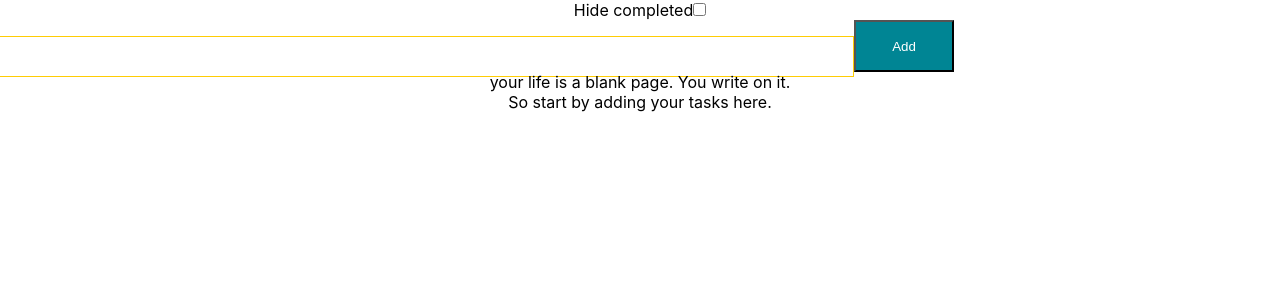
Repository: ArusyakAghajanyan/ToDoMamble
Page: /
An editor plug-in stored every save of this project. The page is shown before and after the next save, followed by the edit.
The browser window is 1280 px wide. The pictures show the whole page.
The project was rebuilt for these pictures with package versions that can differ from the ones it lists, and the page was loaded fresh each time. Also part of the build but not shown: src/components/ToDoItem.jsx, src/components/confirm.css, src/components/Confirm.jsx.

Above is the page before, as saved 2022-05-23 12:34:51.

After the next save:
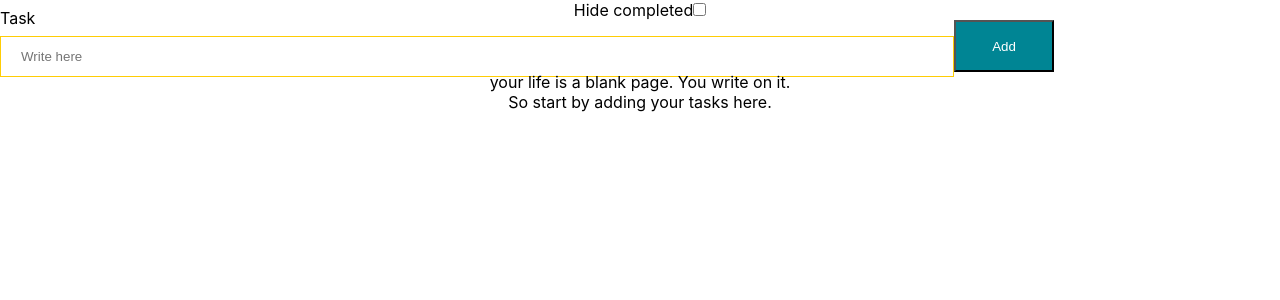
Saved 47 s later.
--- a/src/components/addItem.css
+++ b/src/components/addItem.css
@@ -12,7 +12,7 @@
 }
 #formDiv{
     display: flex;
-    justify-content: flex-end;
+    justify-content: row;
     align-items: center;
     height: 52px;
 
